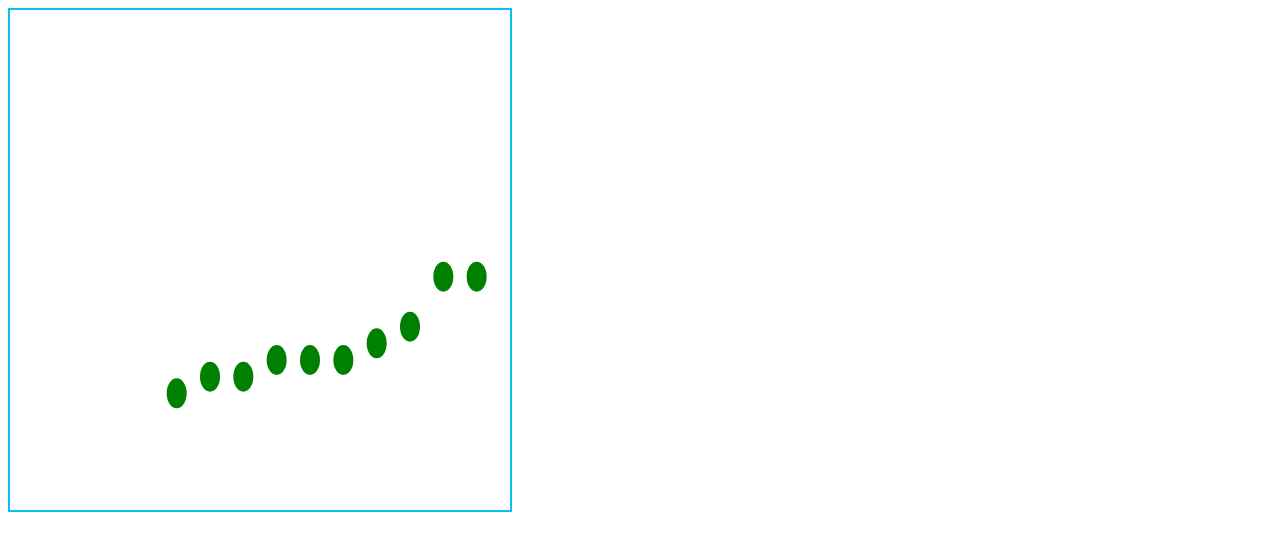
Repository: Jubair-Ahmed-Junjun/js-graphics
Page: Scatter Plots.html
The author's editor kept a copy of each file at every save. The page is drawn from the files as they stood at one save, then again after the next save.
The browser window is 1280 px wide. The pictures show the whole page.

Above is the page before, as saved 2022-08-08 21:49:14.

After the next save:
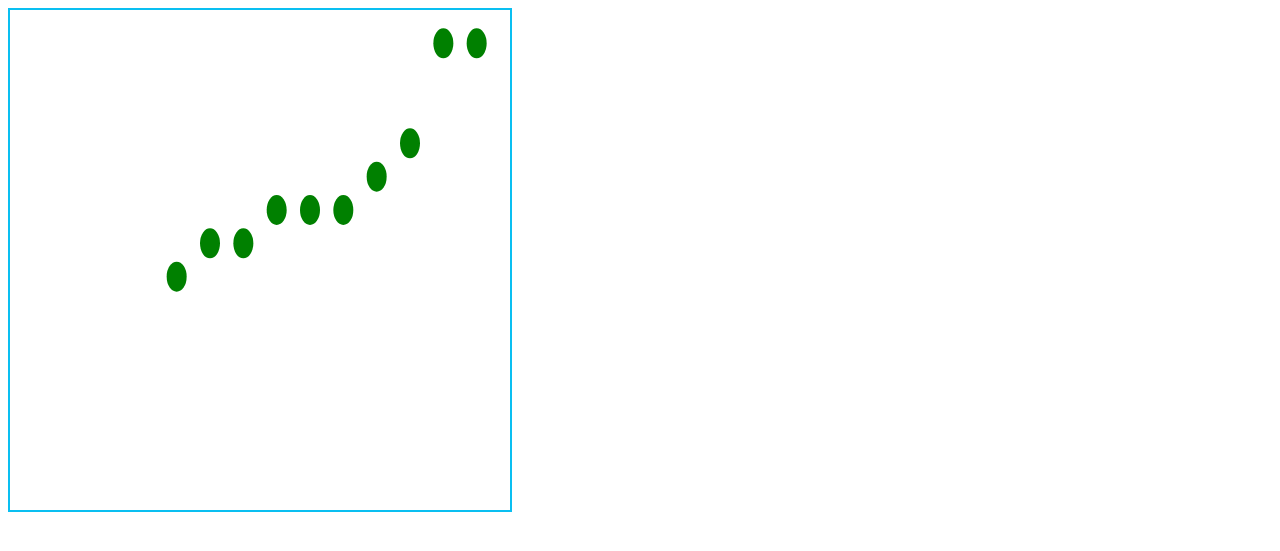
Saved 6 s later.
--- a/Scatter Plots.html
+++ b/Scatter Plots.html
@@ -18,7 +18,7 @@ const yArray = [7,8,8,9,9,9,10,11,14,14,15];
 ctx.fillStyle = "green";
 for (let i = 0; i < xArray.length-1; i++) {
   let x = xArray[i] * xMax/150;
-  let y = yArray[i] * yMax/30;
+  let y = yArray[i] * yMax/15;
   ctx.beginPath();
   ctx.ellipse(x, y, 10, 15, 0, 0, Math.PI * 2);
 
